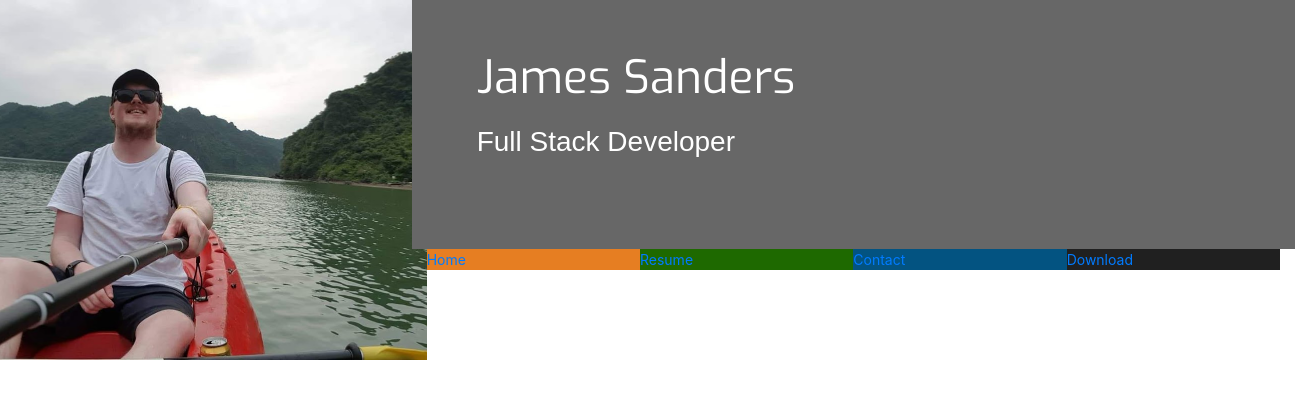
Repository: JaySanders95/my-online-resume
Page: index.html
The author's editor kept a copy of each file at every save. The page is drawn from the files as they stood at one save, then again after the next save.
The browser window is 1280 px wide. The page is 1295 px wide, then 1280 px, so the pictures cover 1295 px, including what lies to the right of the window. The pictures show the whole page.
Some web fonts or font styles are not loaded; a fallback is used. Some web libraries are served in a nearby version.

Above is the page before, as saved 2023-04-17 17:19:54.

After the next save:
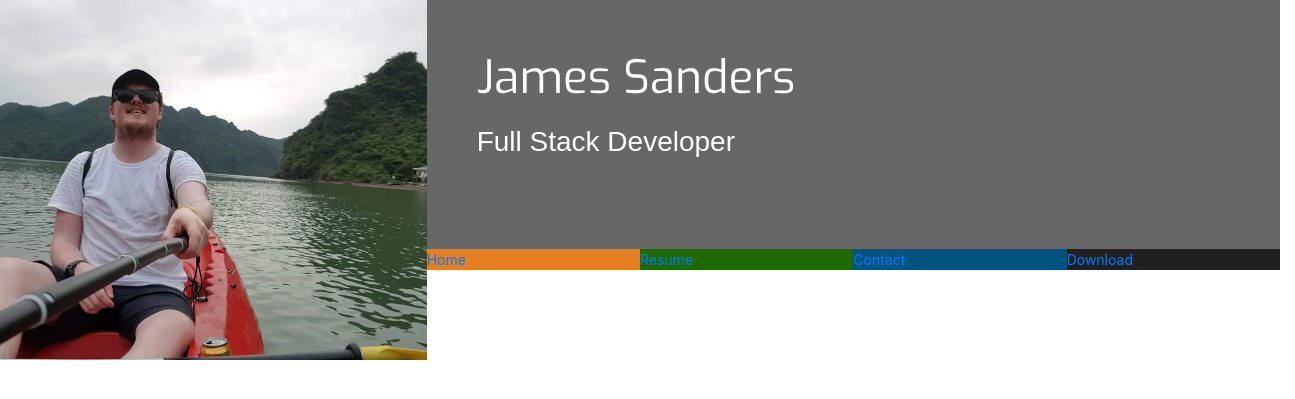
Saved 13 s later.
--- a/index.html
+++ b/index.html
@@ -16,7 +16,7 @@
 
             </a>
             <div class="col-md-8">
-                <div class="row bg-color-name-title">
+                <div class="row bg-color-name-title no-gutters">
                     <div class="col heading">
                         <h1 class="name">James Sanders</h1>
                         <h2 class="title">Full Stack Developer</h2>
